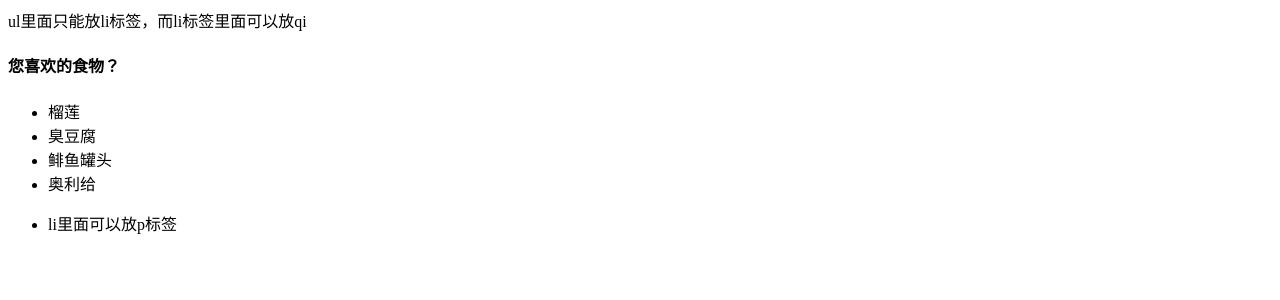
Repository: 129021/Front-end-learning
Page: 第2天/06-无序列表.html
An editor plug-in stored every save of this project. The page is shown before and after a run of saves, followed by the edit.
The browser window is 1280 px wide. The pictures show the whole page.

Above is the page before, as saved 2021-10-15 20:25:45.

After the next 2 saves:
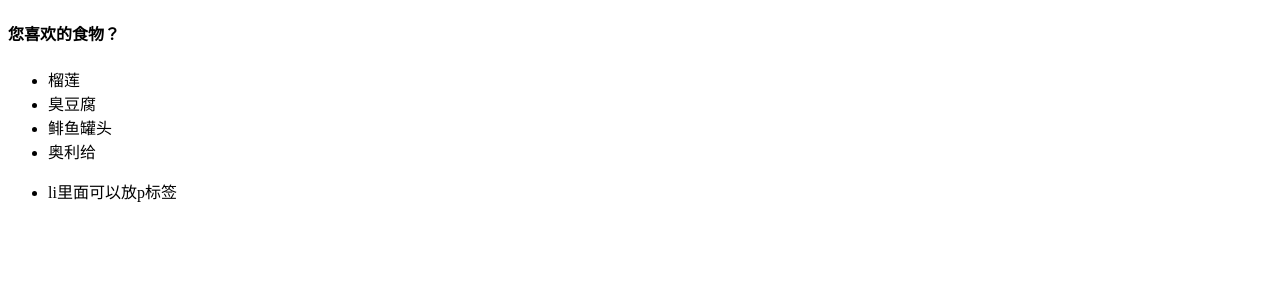
The 2 saves are shown as one change because they came seconds apart.
The last was saved 7 s later.
--- a/第2天/06-无序列表.html
+++ b/第2天/06-无序列表.html
@@ -9,7 +9,7 @@
 </head>
 
 <body>
-    ul里面只能放li标签，而li标签里面可以放qi
+    <!-- ul里面只能放li标签，而li标签里面可以放其他标签 -->
     <h4>您喜欢的食物？</h4>
     <ul>
         <li>榴莲</li>
